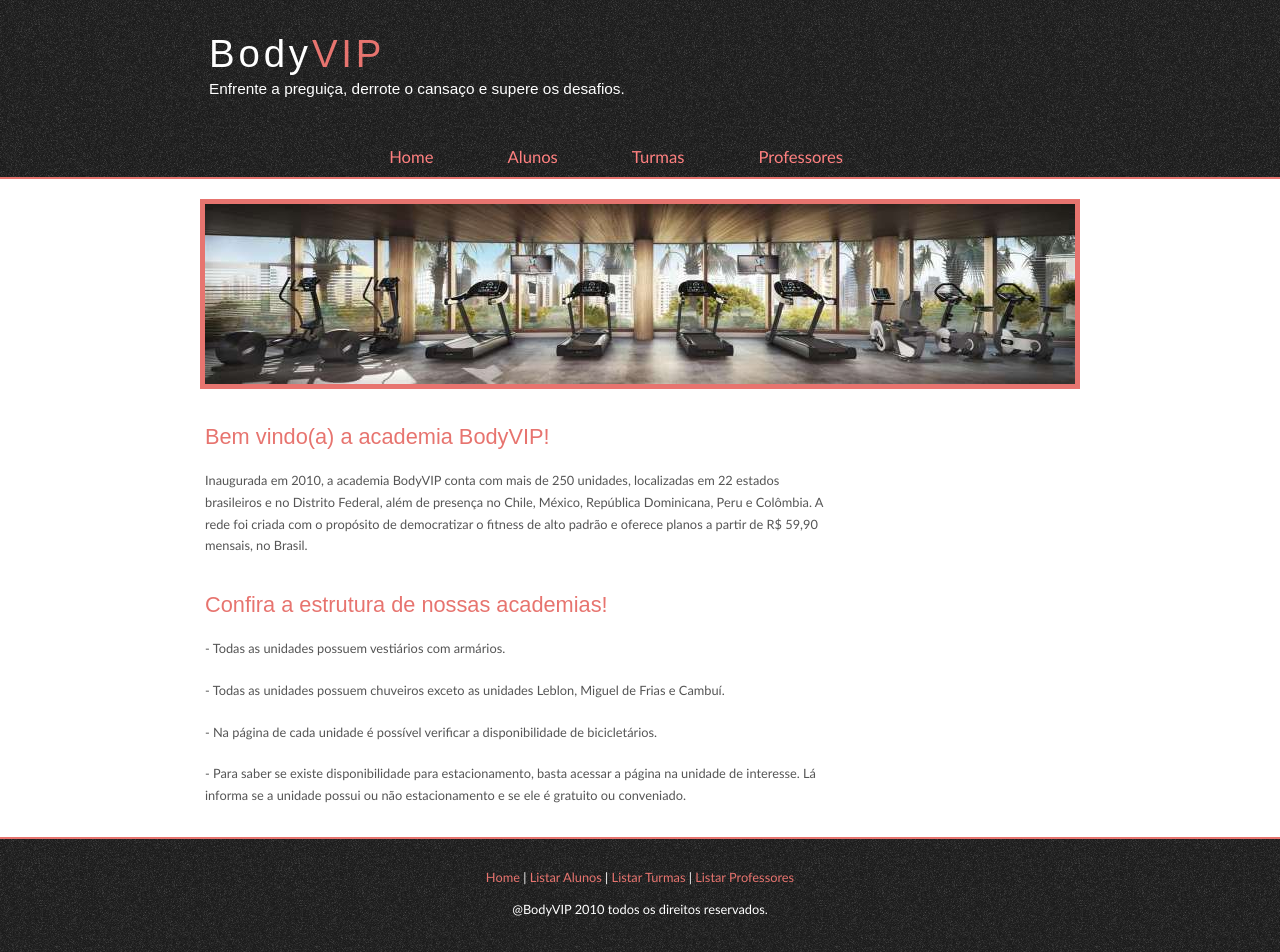
Repository: Thais-Ferreira/Projeto_bodyVIP
Page: http://localhost/BodyVIP/home.jsp
The author's editor kept a copy of each file at every save. The page is drawn from the files as they stood at one save, then again after the next save.
The browser window is 1280 px wide. The pictures show the whole page.
The page is served by Tomcat 9.

Above is the page before, as saved 2017-06-21 19:13:22.

After the next save:
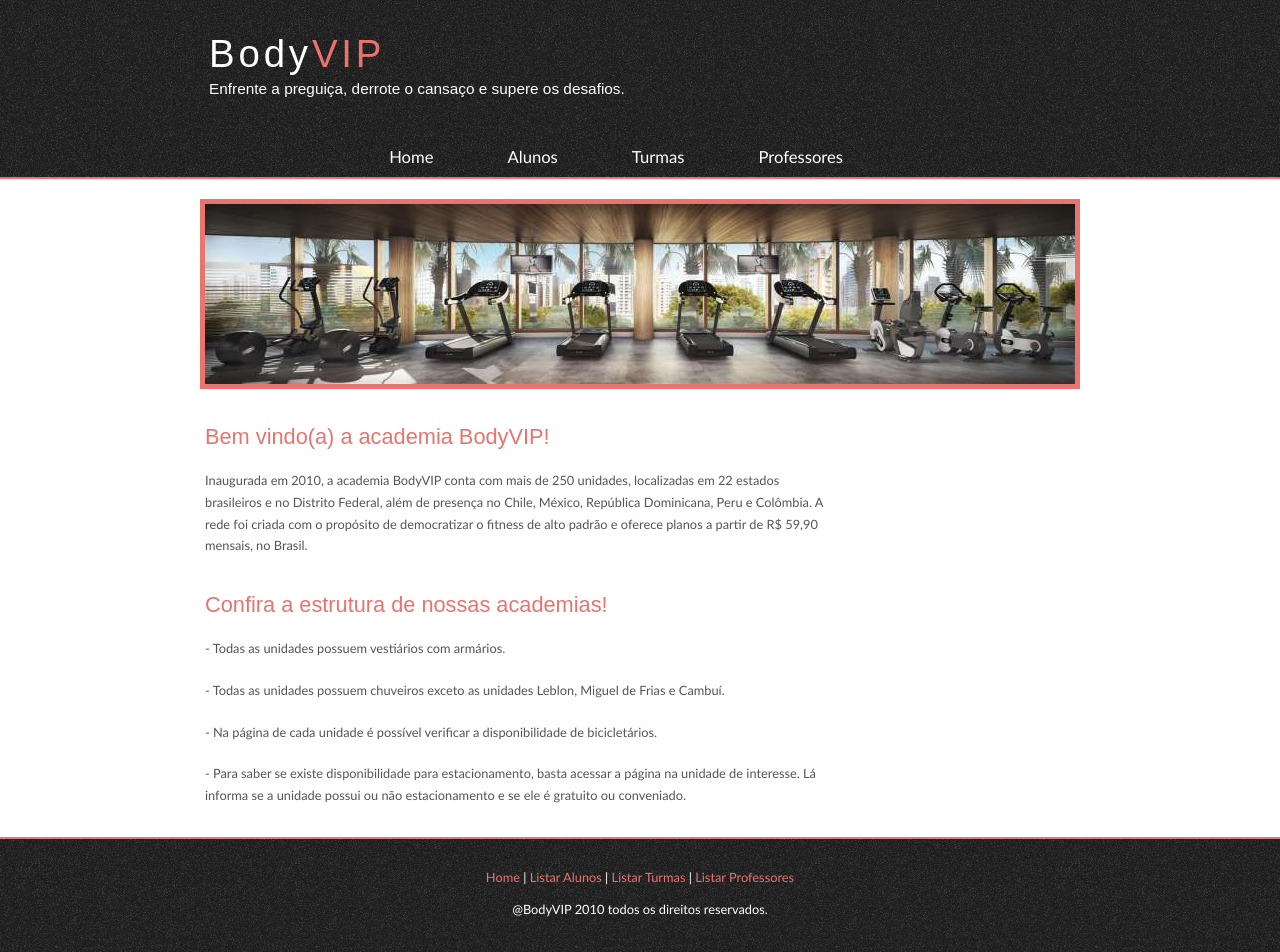
Saved 53 s later.
--- a/BodyVIP/WebContent/css/style.css
+++ b/BodyVIP/WebContent/css/style.css
@@ -360,7 +360,7 @@
   	height: 20px;
   	padding: 6px 35px 5px 28px;
   	text-align: center;
-	color: #ff8080;
+	color: #ffffff;
 	text-decoration:none;
 	background: transparent;
 
@@ -378,7 +378,7 @@
 position:absolute;
 top:25px;
 left:0;
-background-color:#fff;
+background-color:#ff8080;
 display:none;
 }
 

After the 5 saves that followed:
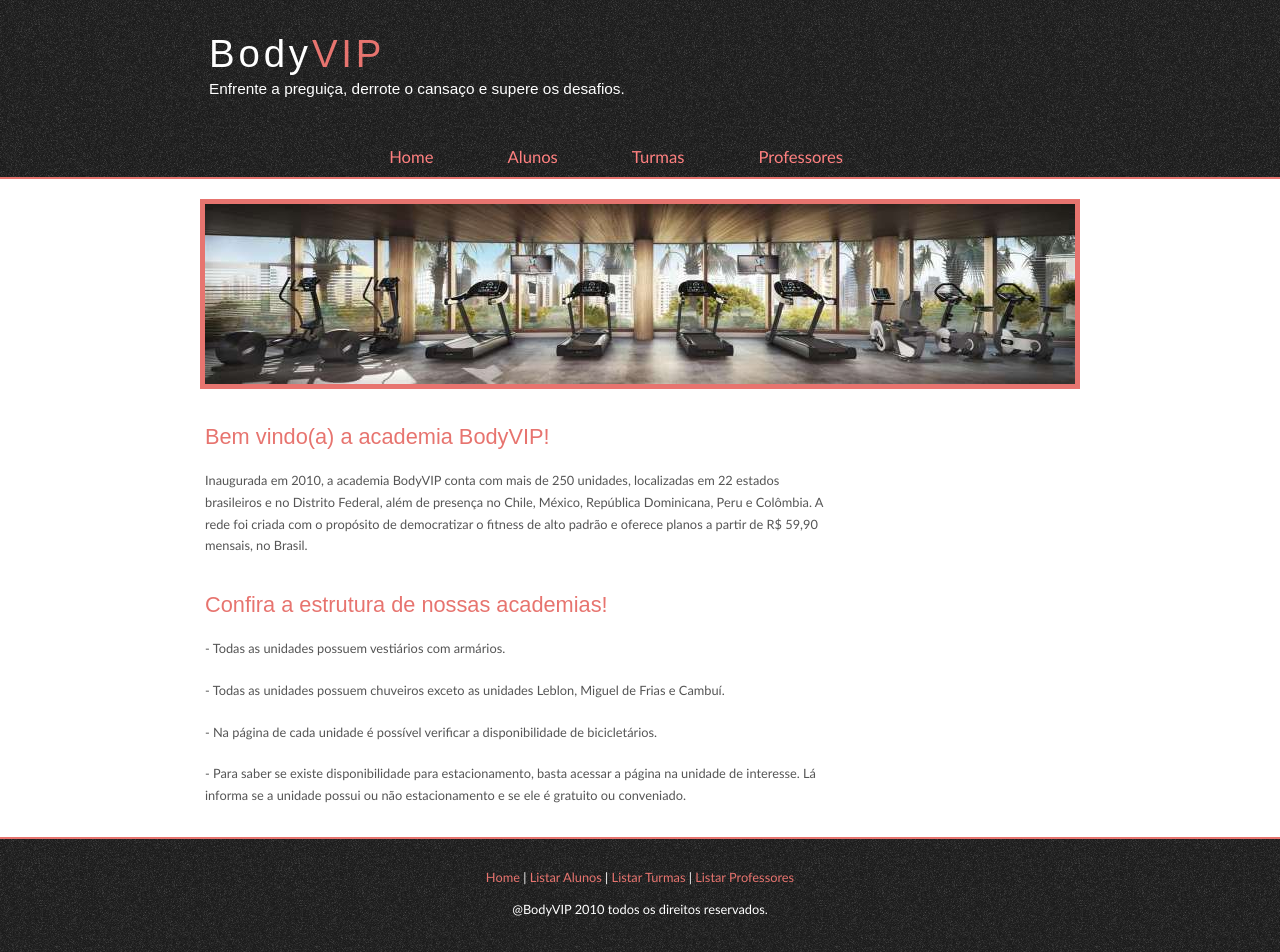
The 5 saves are shown as one change because 4 left the picture as it was.
The last was saved 2 min 57 s later.
--- a/BodyVIP/WebContent/css/style.css
+++ b/BodyVIP/WebContent/css/style.css
@@ -360,7 +360,7 @@
   	height: 20px;
   	padding: 6px 35px 5px 28px;
   	text-align: center;
-	color: #ffffff;
+	color: #ff8080;
 	text-decoration:none;
 	background: transparent;
 
@@ -378,7 +378,7 @@
 position:absolute;
 top:25px;
 left:0;
-background-color:#ff8080;
+background-color:#333;
 display:none;
 }
 
